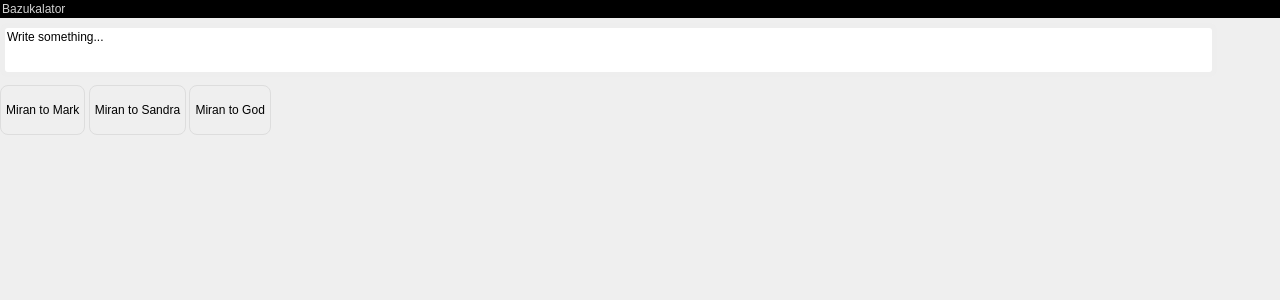
Repository: mbadzak/bazukalator
Page: Bazukalator/assets/www/index.html
An editor plug-in stored every save of this project. The page is shown before and after the next save, followed by the edit.
The browser window is 1280 px wide. The pictures show the whole page.

Above is the page before, as saved 2012-10-14 06:19:49.

### Bazukalator/assets/www/index.html
<!DOCTYPE HTML>
<html>
<head>
<title>Hello World</title>
<script type="text/javascript" charset="utf-8" src="cordova-2.1.0.js"></script>
<script type="text/javascript" src="jquery.min.js"></script>
<script type="text/javascript" src="jquery.autosize-min.js"></script>
<script type="text/javascript" src="utl.js"></script>


<style>
.lang_button {
  height: 50px;
  padding: 5px;
}
.post_box {
  padding: 5px;
  position: relative;
  top: 1px;
}
body {
  background-color: #EFEFEF;
}
.this_page {
  text-align: left;
  background-size: 100%;
  background-attachment: fixed;
  background-repeat: repeat-x;
}
* {
	font-family: Arial, Geneva, Helvetica, sans-serif;
	font-size: 12px;
	outline-width: 0px;
}
body {
 	margin: 0px;
 	text-align: center;
}
textarea {
	resize: none;
}
textarea, select,
input {
	border: 1px solid #DDD;
	-moz-border-radius: 8px;
  	-webkit-border-radius: 8px;
  	border-radius: 8px;
  	behavior: url(../../../pie/PIE.php);
}

select {
	border: 1px solid #DDD;
}

</style>

</head>
<body>


<script type="text/javascript">
    var orig_text = "";
</script>
<div class="this_page">
  <div class="generic_heading" style="color: lightgray; background: black; padding: 2px;">
    Bazukalator
  </div>
  <div style="margin-top: 5px; text-align: left;">
    <textarea name="msg"
              id="msg"
              onFocus="utl_clear_text_field(this, 'Write something...');"
              class="generic_box"
              style="width: 94%; height: 40px; border: 5px solid #eeeeee; z-index: 1;"
              autocomplete="off">Write something...</textarea>
  </div>
  <div style="margin-top: 5px;">
    <input type="button"
           id="btn_submit1"
           class="lang_button"
           value="Miran to Mark">
    <input type="button"
           id="btn_submit2"
           class="lang_button"
           value="Miran to Sandra">
    <input type="button"
           id="btn_submit3"
           class="lang_button"
           value="Miran to God">
  </div>

  <div id="post" style="margin: 20px 0px 0px 5px; text-align: left; display: none; ">
    <div style="float: left; clear: both; width: 50%; font-size: 11px;">
      <input type="radio"
           id="post_facebook"
           class="post_box"
           checked="checked"
           value="Post to Facebook">
           <img class="button_img img_norad" src="img/fb-icon.png" width="15" height="15">
           Facebook
    </div>
    <div style="float: left; width: 50%; font-size: 11px;">
      <input type="radio"
           id="post_twitter"
           class="post_box"
           checked="checked"
           value="Post to Facebook">
           <img class="button_img img_norad" src="img/twitter-icon.png" width="15" height="15">
           Twitter
    </div>
  </div>
  <div id="post2" style="display: none; margin-top: 55px; margin-left: 0px;">
      <input type="button" value="Post" style="padding: 5px;">
  </div>
</div>
<script type="text/javascript">
    $("#btn_submit1").click(function() { submit(1); });
    $("#btn_submit2").click(function() { submit(2); });
    $("#btn_submit3").click(function() { submit(3); });

    function submit(lang) {
        if (orig_text == "")
            orig_text = $("#msg").val();

        var req = orig_text;
        if (req == "")
            return;

        $.post("http://localhost:8080/index.php/translator/svc",
              { req: req, lang: lang },
              function(data) {
             	$("#msg").val(data);
                $("#post").css("display", "block");
                $("#post2").css("display", "block");
              }
        );
    }

    function reset()
    {
    	$('#msg').val('');
        orig_text = "";
        $("#post").css("display", "none");
        $("#post2").css("display", "none");
    }

</script>

</body>
</html>

### Bazukalator/assets/www/jquery.autosize-min.js
// Autosize 1.7 - jQuery plugin for textareas
// (c) 2011 Jack Moore - jacklmoore.com
// license: www.opensource.org/licenses/mit-license.php
(function(a,b){var c="hidden",d='<textarea style="position:absolute; top:-9999px; left:-9999px; right:auto; bottom:auto; box-sizing:content-box; word-wrap:break-word; height:0 !important; min-height:0 !important; overflow:hidden">',e=["fontFamily","fontSize","fontWeight","fontStyle","letterSpacing","textTransform","wordSpacing"],f="oninput",g="onpropertychange",h=a(d)[0];h.setAttribute(f,"return"),a.isFunction(h[f])||g in h?a.fn.autosize=function(b){return this.each(function(){function p(){var a,b;m||(m=!0,j.value=h.value,j.style.overflowY=h.style.overflowY,j.style.width=i.css("width"),j.scrollTop=0,j.scrollTop=9e4,a=j.scrollTop,b=c,a>l?(a=l,b="scroll"):a<k&&(a=k),h.style.overflowY=b,h.style.height=h.style.minHeight=h.style.maxHeight=a+o+"px",setTimeout(function(){m=!1},1))}var h=this,i=a(h).css({overflow:c,overflowY:c,wordWrap:"break-word"}),j=a(d).addClass(b||"autosizejs")[0],k=i.height(),l=parseInt(i.css("maxHeight"),10),m,n=e.length,o=i.css("box-sizing")==="border-box"?i.outerHeight()-i.height():0;l=l&&l>0?l:9e4;while(n--)j.style[e[n]]=i.css(e[n]);a("body").append(j),g in h?f in h?h[f]=h.onkeyup=p:h[g]=p:h[f]=p,a(window).resize(p),i.bind("autosize",p),p()})}:a.fn.autosize=function(){return this}})(jQuery);

### Bazukalator/assets/www/utl.js
String.prototype.trim = function() {
    return this.replace(/^\s+|\s+$/g, "");
};
String.prototype.trim_newline = function() {
	return this.replace(/(\r\n|\n|\r)/gm,"");
};

/*
 * utl_clear_text_field
 * IN	field	field to clear
 */
function utl_clear_text_field(field, init_value) {
	if (field.value.toString() == init_value.toString())
		field.value = "";
	field.style.color = "#000000";
	field.style.background = "#FFFFFF";
}

function utl_clear_text_field_id(id, init_value)
{
	var field = document.getElementById(id);
	return utl_clear_text_field(field, init_value);
}

function utl_clear_password_field(disp_p, real_p) {
	var dp = document.getElementById(disp_p);
	var rp = document.getElementById(real_p);
	dp.style.display = "none";
	rp.style.display = "inline";

	rp.focus();
}

function utl_reset_password_field(disp_p, real_p) {
	var dp = document.getElementById(disp_p);
	var rp = document.getElementById(real_p);
	if (rp.value == "") {
		dp.style.display = "inline";
		rp.style.display = "none";
		dp.value = "Password";
	}
}

function utl_reset_text_field(field, value) {
	if (field.value == "") {
		field.value = value;
		field.style.color = "#999999";
	}
}

function utl_focus(id)
{
	var elem = document.getElementById(id);
	elem.focus();
}

function utl_is_int(a)
{
	return parseInt(a, 10) === a;
}
function utl_handle_enter(field, event)
{
	if (event.keyCode == 13) {
		$(field).closest('form').submit();
		return false;
	}
	return true;
}

/**
 * @deprecated use jquery plugin instead
 * @param field
 * @param event
 * @param max_per_line
 */
function utl_expand_texarea_as_you_go(field, event, max_per_line)
{
	var chars = field.value.length;
	var rows = chars / max_per_line;
	var newline_count;
	var total_size = 18;
	var modified = false;

	if (chars == 0) return;

	newline_count = (field.value.split('\n')).length - 1;

	if (utl_is_int(rows))
	{
		total_size += (rows * 12);
		modified = true;
	}

	if (newline_count > 0) {
		total_size += (newline_count * 16);
		modified = true;
	}

	if (modified)
		field.style.height = total_size + "px";
}

/*
 * utl_toggle_visibility
 * IN	field	field to clear
 */
function utl_toggle_visibility(field) {
	var fl = document.getElementById(field);
	fl.style.display = (fl.style.display == "block") ? "none" : "block";
}

/*
 * utl_toggle_visibility
 * IN	field	field to show
 */
function utl_show_field(field) {
	var fl = document.getElementById(field);
	if (fl == null)
		return;
	fl.style.display = "block";
}

function utl_hide_field(field) {
	var fl = document.getElementById(field);
	if (fl == null)
		return;
	fl.style.display = "none";
}

function utl_show_obj(obj)
{
	obj.style.display = "block";
}
function utl_hide_obj(obj)
{
	obj.style.display = "none";
}


function generate_uuid()
{
	/* credit: http://stackoverflow.com/questions/105034/how-to-create-a-guid-uuid-in-javascript */
	var uuid = 'xxxxxxxx-xxxx-4xxx-yxxx-xxxxxxxxxxxx'.replace(/[xy]/g, function(c) {
	    var r = Math.random()*16|0, v = c == 'x' ? r : (r&0x3|0x8);
	    return v.toString(16);
	});

	return uuid;
}

Loaded but not shown: Bazukalator/assets/www/cordova-2.1.0.js (library); Bazukalator/assets/www/jquery.min.js (library)

After the next save:
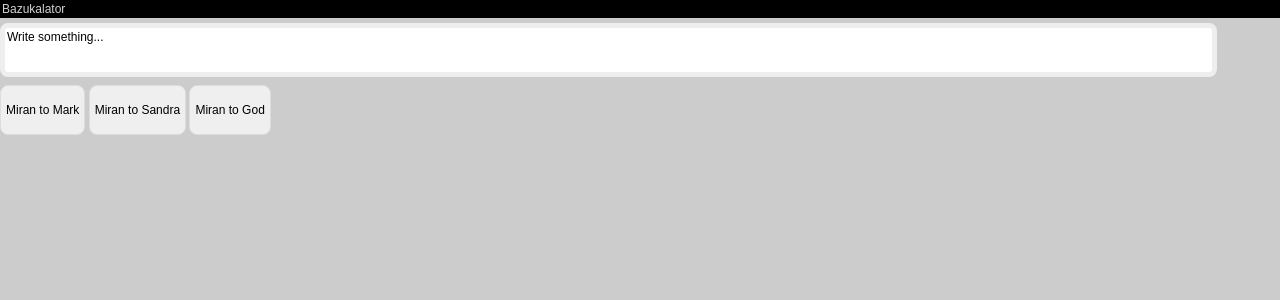
Saved 10 s later.
--- a/Bazukalator/assets/www/index.html
+++ b/Bazukalator/assets/www/index.html
@@ -19,7 +19,7 @@
   top: 1px;
 }
 body {
-  background-color: #EFEFEF;
+  background-color: #cccccc;
 }
 .this_page {
   text-align: left;
